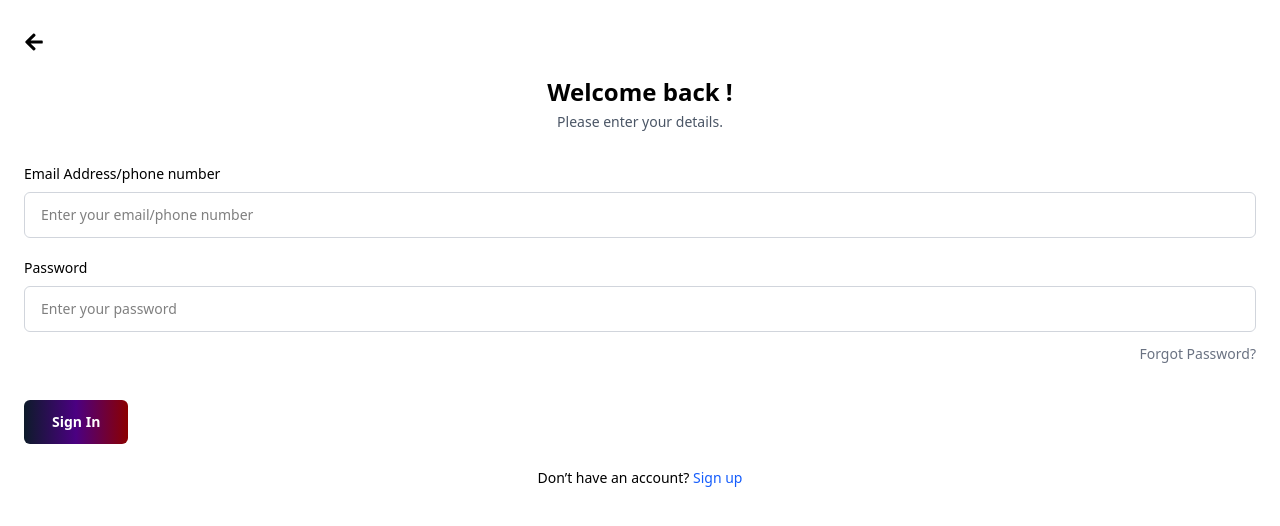
Repository: Em-driod/spotify-clone
Page: /back
The author's editor kept a copy of each file at every save. The page is drawn from the files as they stood at one save, then again after the next save.
The browser window is 1280 px wide. The pictures show the whole page.
The project was rebuilt for these pictures with package versions that can differ from the ones it lists, and the page was loaded fresh each time. Also part of the build but not shown: vite.config.ts, src/pages/veryify.tsx, src/pages/LandingPage.tsx, src/pages/Change.tsx, src/pages/onboard.tsx, src/pages/Skips.tsx, src/pages/Otp.tsx, src/pages/First.tsx and 6 more.

Above is the page before, as saved 2025-07-09 17:49:12.

After the next save:
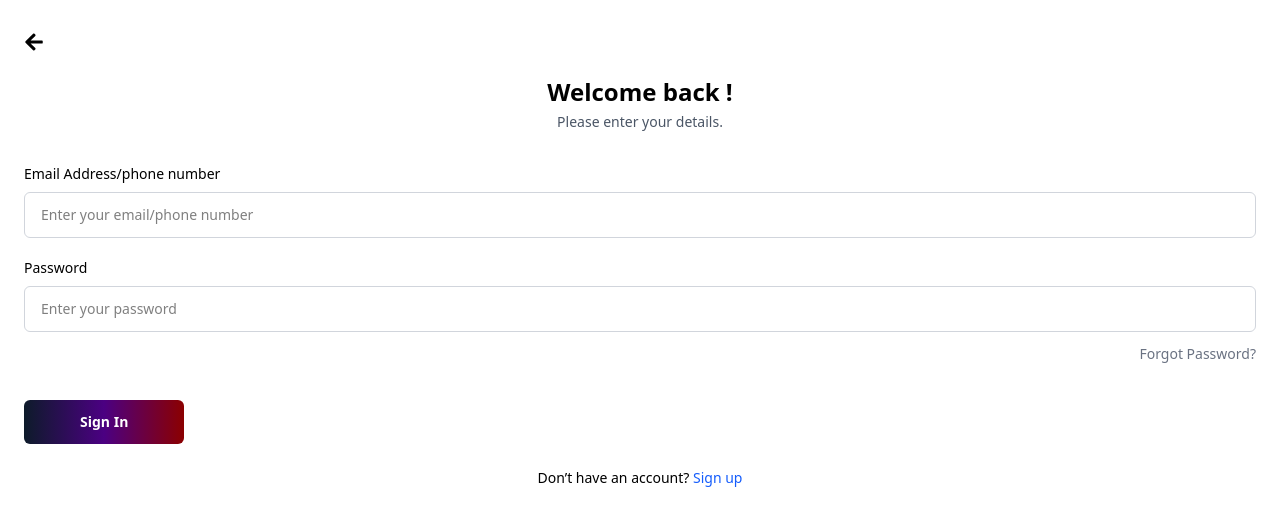
Saved 14 s later.
--- a/src/pages/Back.tsx
+++ b/src/pages/Back.tsx
@@ -55,7 +55,7 @@ const Back = () => {
         <Link to="/first">
         <button
           type="submit"
-          className="mt-4 py-3 px-7 rounded-md text-white text-sm font-semibold"
+          className="mt-4 py-3 px-14 rounded-md text-white text-sm font-semibold"
           style={{
               background: 'linear-gradient(to right, #0d1b2a, #4b0082, #8b0000)',
             }}
